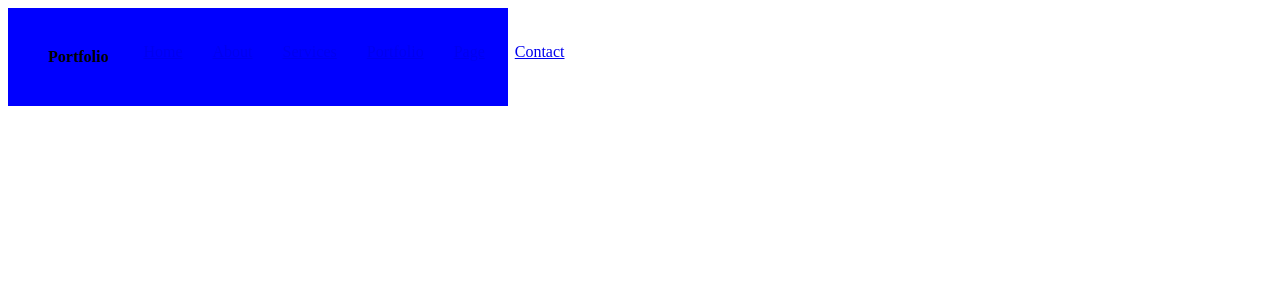
Repository: Tobby004/bdc_task_1
Page: index.html
The author's editor kept a copy of each file at every save. The page is drawn from the files as they stood at one save, then again after the next save.
The browser window is 1280 px wide. The pictures show the whole page.

Above is the page before, as saved 2023-02-18 23:27:08.

After the next save:
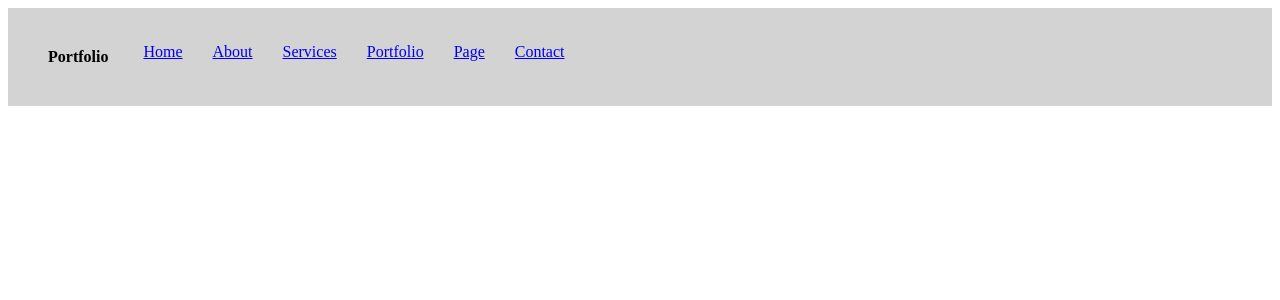
Saved 88 s later.
--- a/task.css
+++ b/task.css
@@ -4,8 +4,8 @@
 header {
     display: flex;
     padding: 20px;
-    background-color: blue;
-    max-width: 500px;
+    background: lightgray
+
 }
 header b {
     display: flex;
